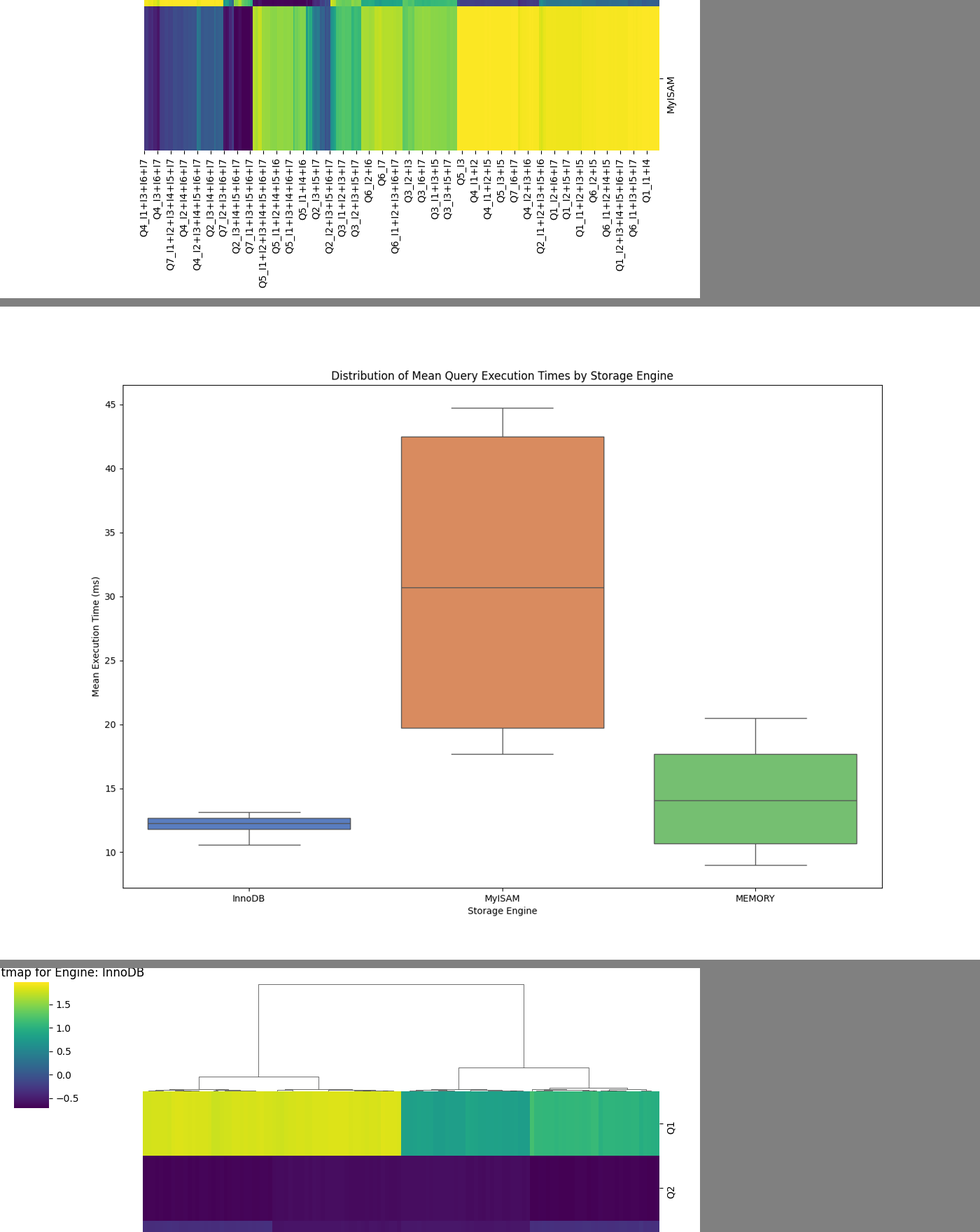
Repository: MarioPasc/Base-de-Datos-Microbiomas
Script's output: python src/mysql_performance_analysis.py
The author's editor kept a copy of each file at every save. The script's output is drawn from the files as they stood at one save, then again after the next save.
The pictures show rows 574 to 2334 of an output 5926 px tall, at 70% of full size.
Each picture stacks the figures in order, with grey between them; figures that are only written to a file come last. Figures wider than 1,400 px are first shrunk to that width. Random numbers start from a fixed seed.

Above is the script's output before, as saved 2024-06-05 08:00:37.

After the next save:
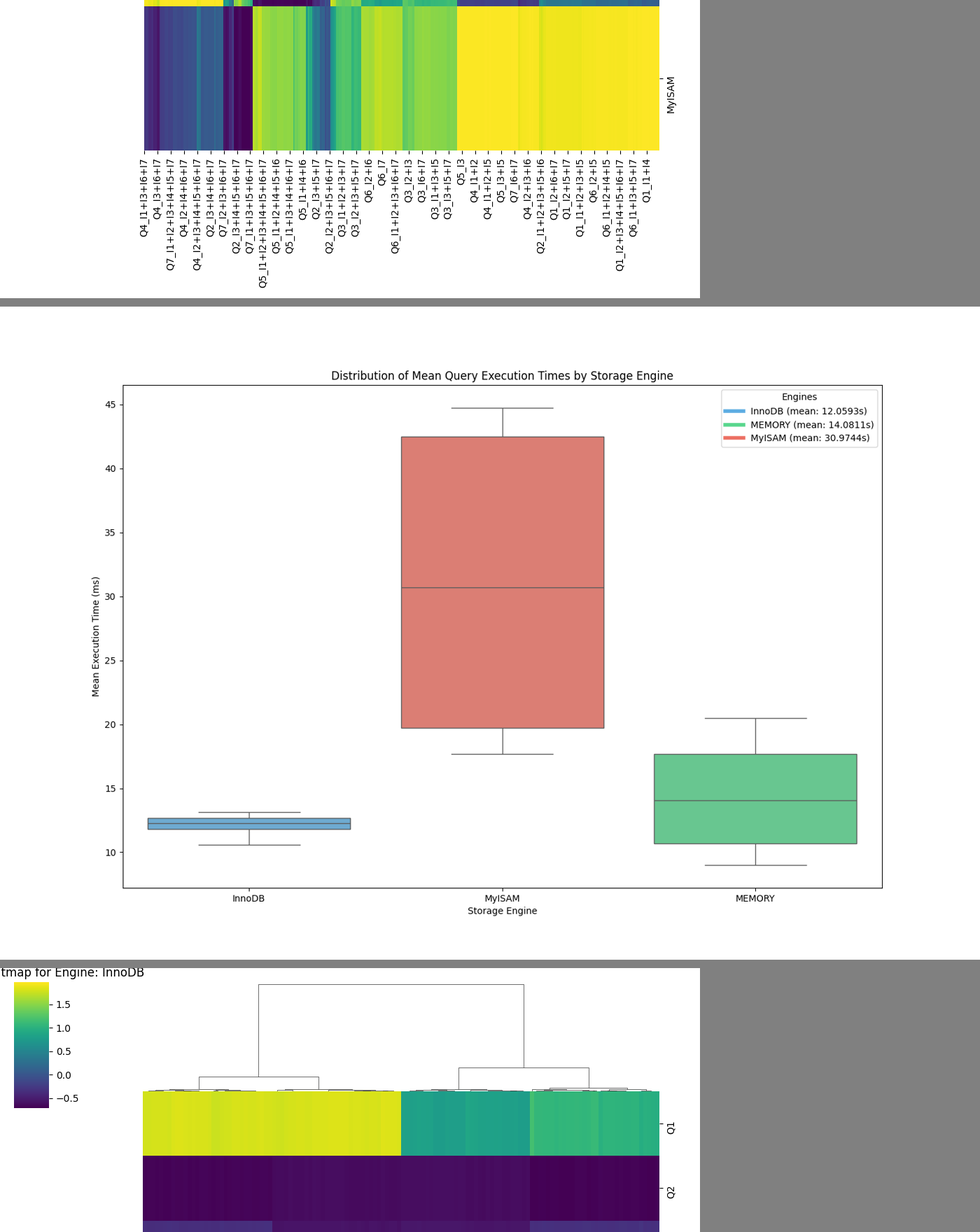
Saved 3 days later.
--- a/src/mysql_performance_analysis.py
+++ b/src/mysql_performance_analysis.py
@@ -42,15 +42,26 @@ class CSVVisualizer:
         plt.close()
 
     def plot_boxplot(self) -> None:
-        """Generates and saves a boxplot for query execution times by engine."""
+        """Generates and saves a boxplot for query execution times by engine with mean times in legend."""
         # Compute the mean execution time across all queries for each index and engine
         self.data['MeanQueryTime'] = self.data[['Q1', 'Q2', 'Q3', 'Q4', 'Q5', 'Q6', 'Q7']].mean(axis=1)
 
+        # Calculate the mean times for each engine
+        mean_times = self.data.groupby('Engine')['MeanQueryTime'].mean().to_dict()
+
         plt.figure(figsize=(15, 10))
-        sns.boxplot(x='Engine', y='MeanQueryTime', data=self.data, palette="muted")
+        # Use a custom palette for the boxplot
+        palette = {'InnoDB': '#5DADE2', 'MEMORY': '#58D68D', 'MyISAM': '#EC7063'}
+        boxplot = sns.boxplot(x='Engine', y='MeanQueryTime', data=self.data, palette=palette)
         plt.ylabel("Mean Execution Time (ms)")
         plt.xlabel("Storage Engine")
         plt.title("Distribution of Mean Query Execution Times by Storage Engine")
+
+        # Add the mean times to the legend
+        legend_labels = [f'{engine} (mean: {mean_time:.4f}s)' for engine, mean_time in mean_times.items()]
+        handles = [plt.Line2D([0], [0], color=color, lw=4) for color in palette.values()]
+        plt.legend(handles, legend_labels, title="Engines")
+
         plt.savefig(f"{self.figure_path}boxplot.png")
         plt.close()
 
